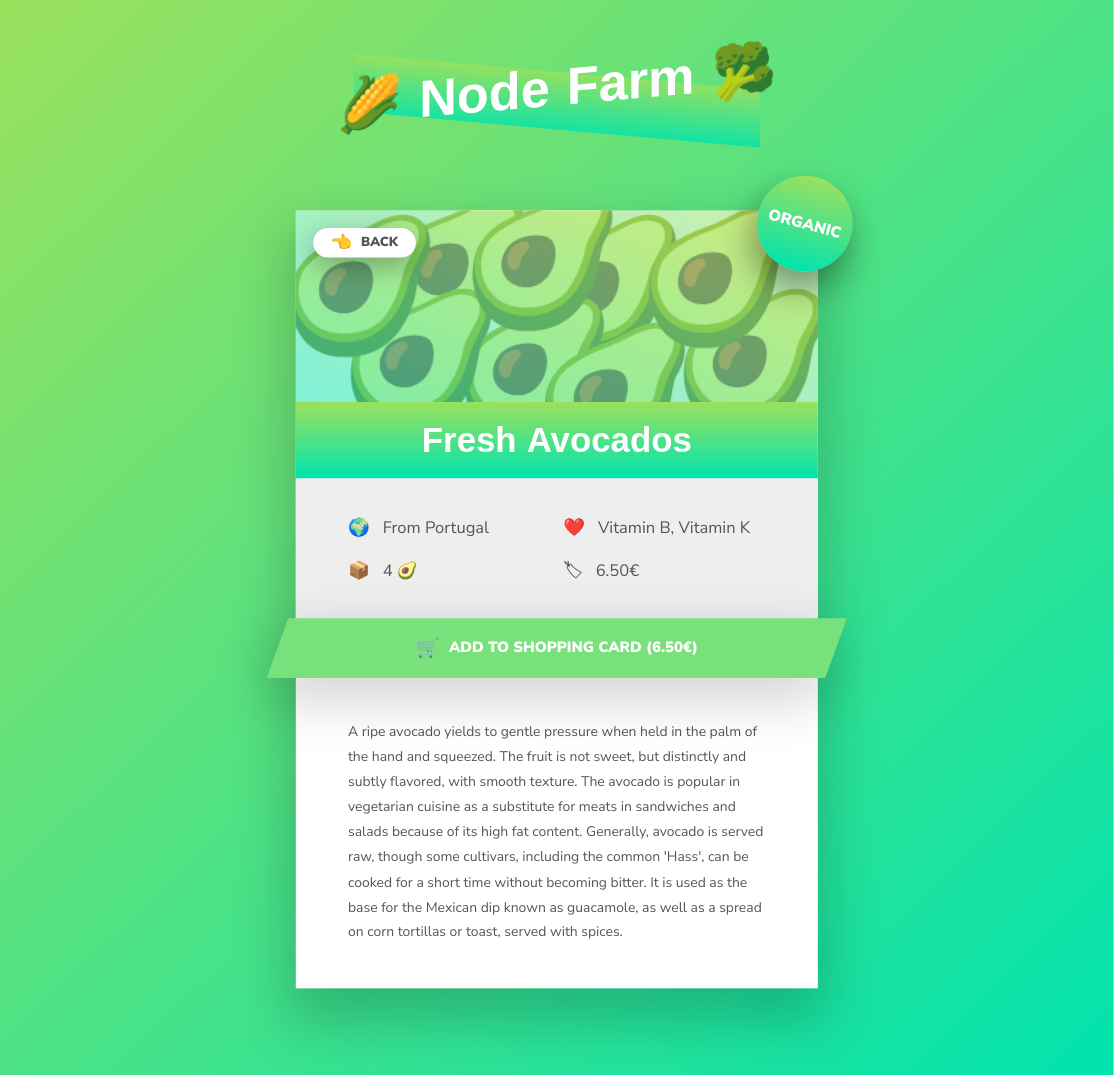
Repository: Kaii-Dev/NODEJS-by-JONAS
Page: 1-node-farm/starter/templates/product.html
The author's editor kept a copy of each file at every save. The page is drawn from the files as they stood at one save, then again after the next save.
The browser window is 1280 px wide. The pictures show the whole page, at 87% of full size.
Some web fonts or font styles are not loaded; a fallback is used.

Above is the page before, as saved 2022-08-03 13:42:02.

After the next save:
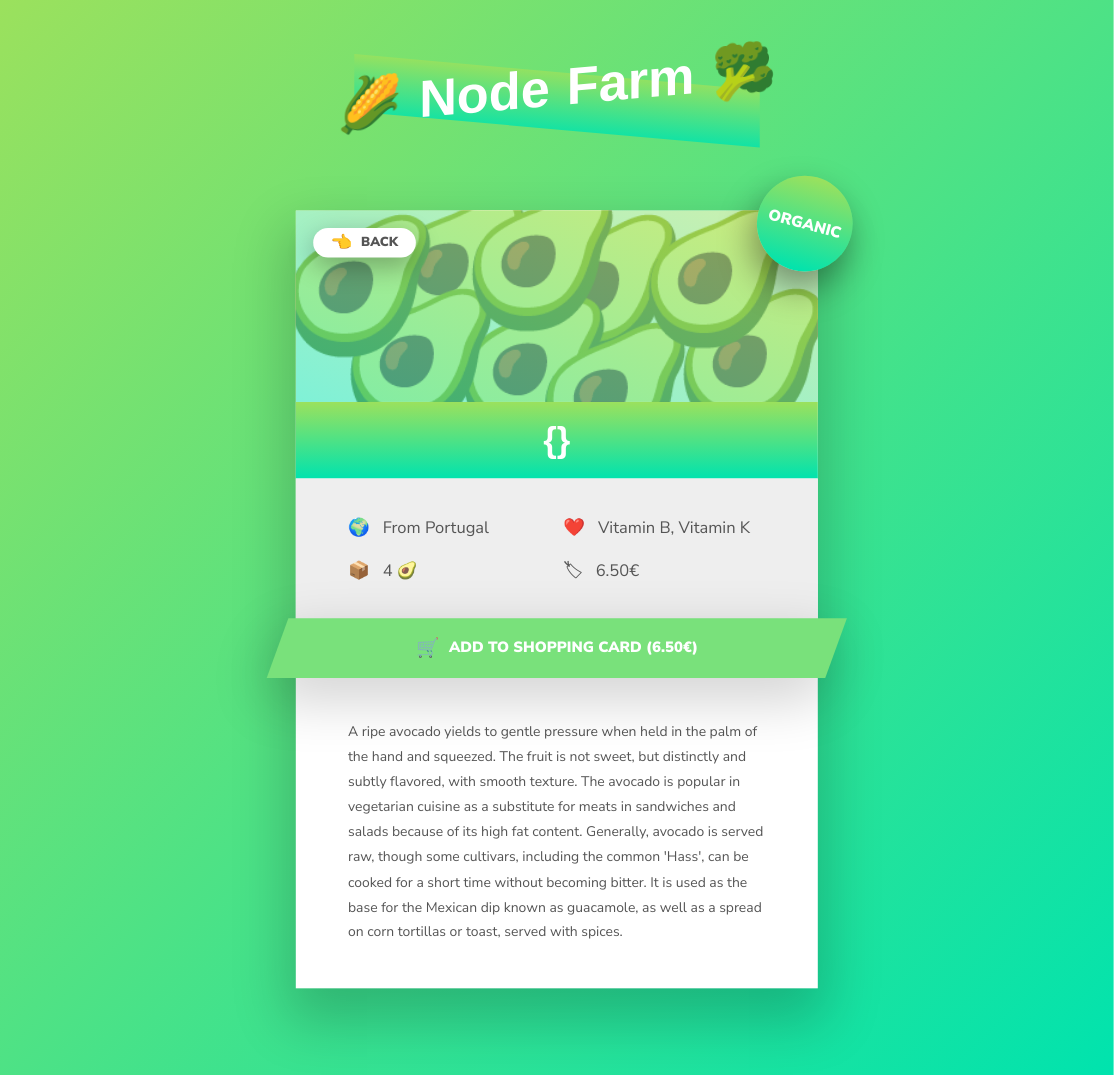
Saved 3 min 22 s later.
--- a/1-node-farm/starter/templates/product.html
+++ b/1-node-farm/starter/templates/product.html
@@ -285,7 +285,7 @@
           <span class="product__emoji product__emoji--8">🥑</span>
           <span class="product__emoji product__emoji--9">🥑</span>
         </div>
-        <h2 class="product__name">Fresh Avocados</h2>
+        <h2 class="product__name">{}</h2>
         <div class="product__details">
           <p><span class="emoji-left">🌍</span> From Portugal</p>
           <p><span class="emoji-left">❤️</span> Vitamin B, Vitamin K</p>
